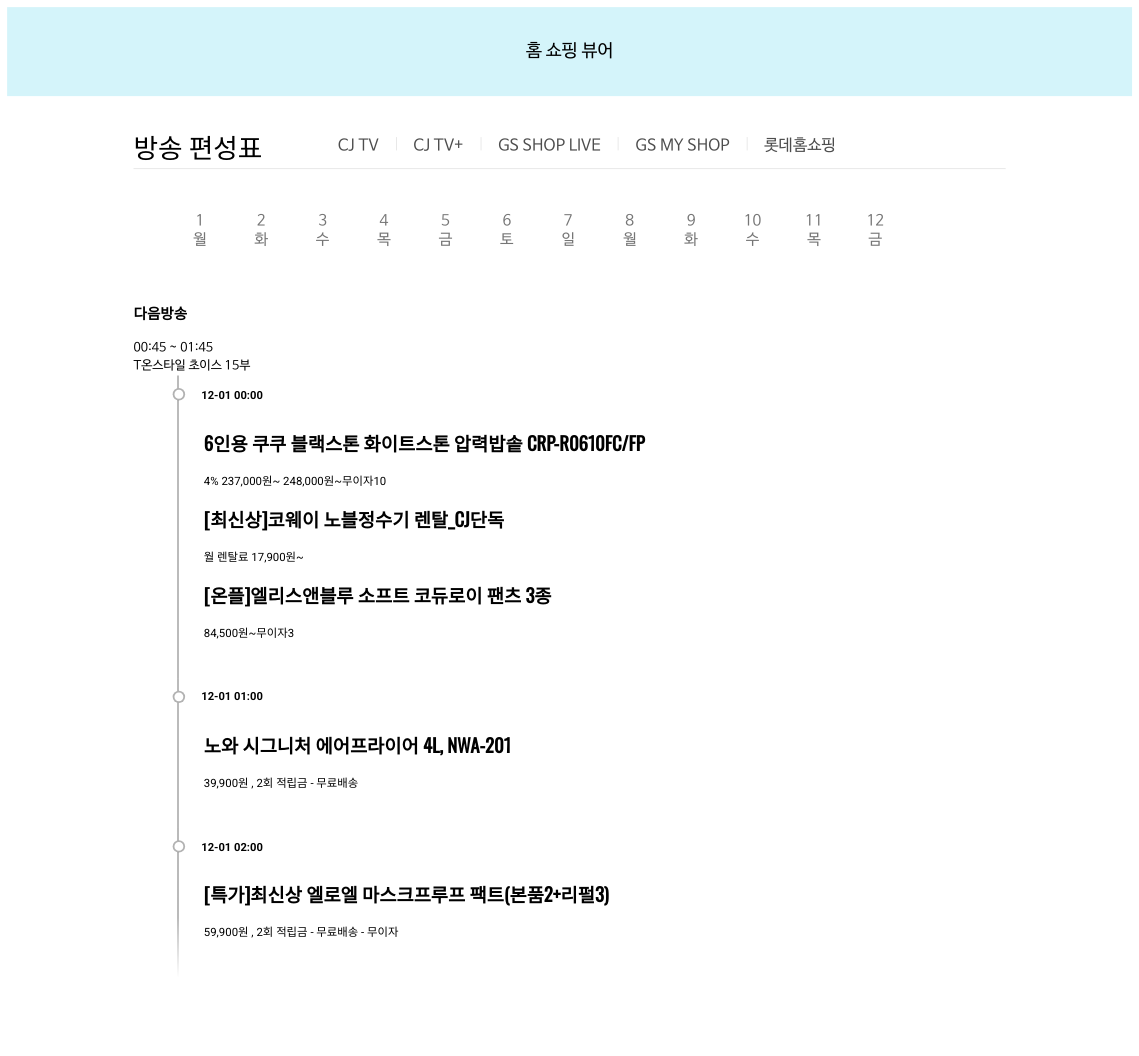
Repository: Kds010/HomeShopping
Page: http://localhost/index
These files come from the project's save history. The page is drawn as it stood at one moment and after the next save; the edit follows.
The browser window is 1280 px wide. The pictures show the whole page, at 89% of full size.
The page is this project's Thymeleaf template; nobody is signed in. The template is opened directly, without the code that normally fills it, so the values that code supplies are empty.

Above is the page before, as saved 2021-12-18 10:21:00.

After the next save:
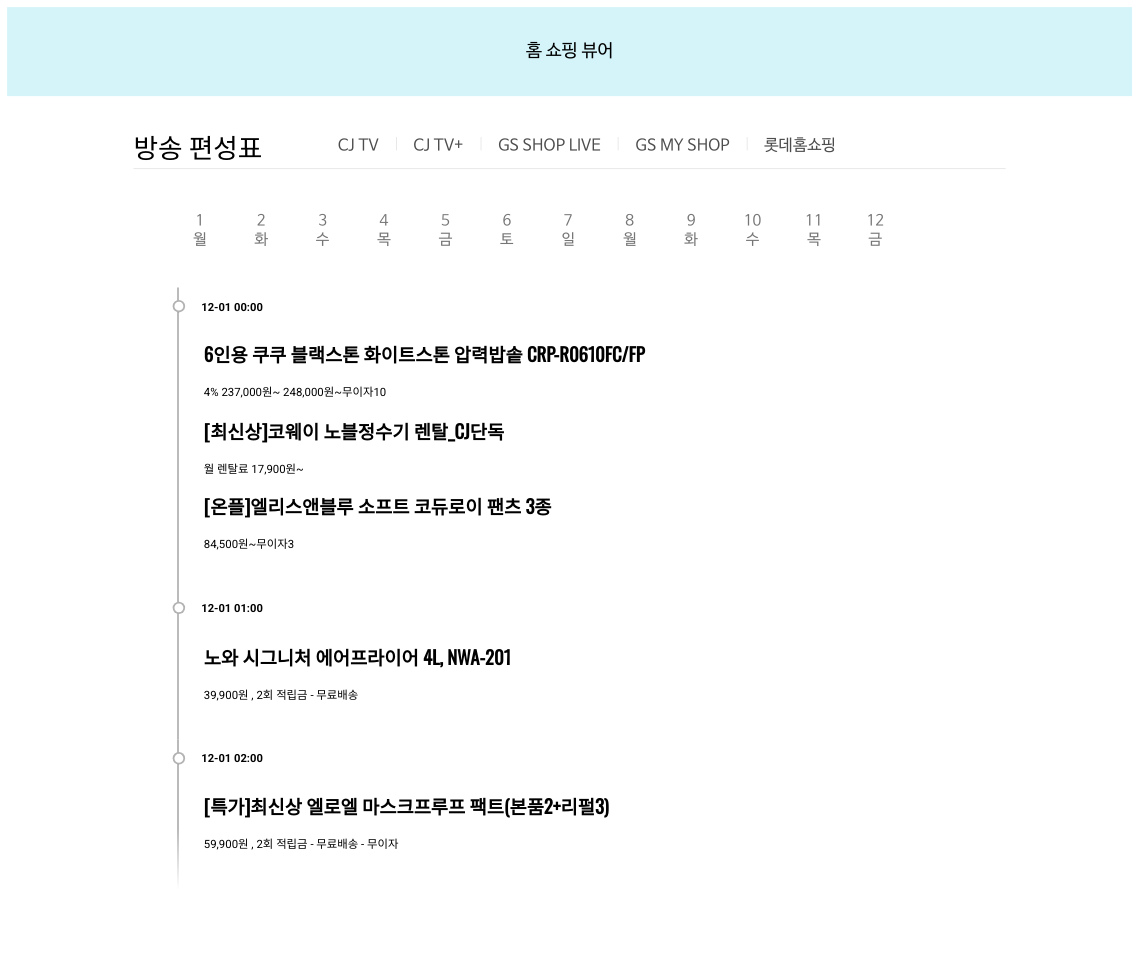
Saved 51 s later.
--- a/homeshopping/src/main/resources/templates/index.html
+++ b/homeshopping/src/main/resources/templates/index.html
@@ -75,11 +75,7 @@
 			</div>
 
 			<div class="state_bar past" id="status_bar_area" style="display: block;">
-				<h3 class="tit_state tit_onair"><span id="broadStatus">다음방송</span></h3>
-				<span class="txt_time"><span id="live_area" style="display: none;"><span id="timer">00:00:00</span> 남음</span><span id="time_area" style="display: block;">00:45 ~ 01:45</span></span>
-				<div class="bx_txt" id="title_area">
-					<span class="txt_cate">T온스타일 초이스 15부</span>
-				</div>
+
 			</div>
 
 			<div class="cont-list">
